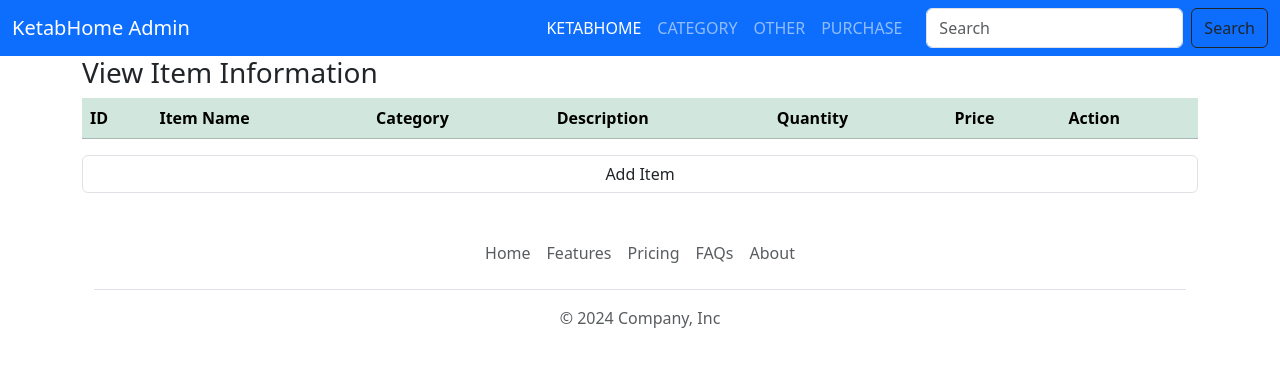
Repository: nyeinsu4520/coursera-test
Page: http://localhost/view_items
The author's editor kept a copy of each file at every save. The page is drawn from the files as they stood at one save, then again after the next save.
The browser window is 1280 px wide. The pictures show the whole page.
Some web fonts or font styles are not loaded; a fallback is used. The page is this project's Thymeleaf template; nobody is signed in. The template is opened directly, without the code that normally fills it, so the values that code supplies are empty.

Above is the page before, as saved 2024-05-31 04:14:25.

After the next save:
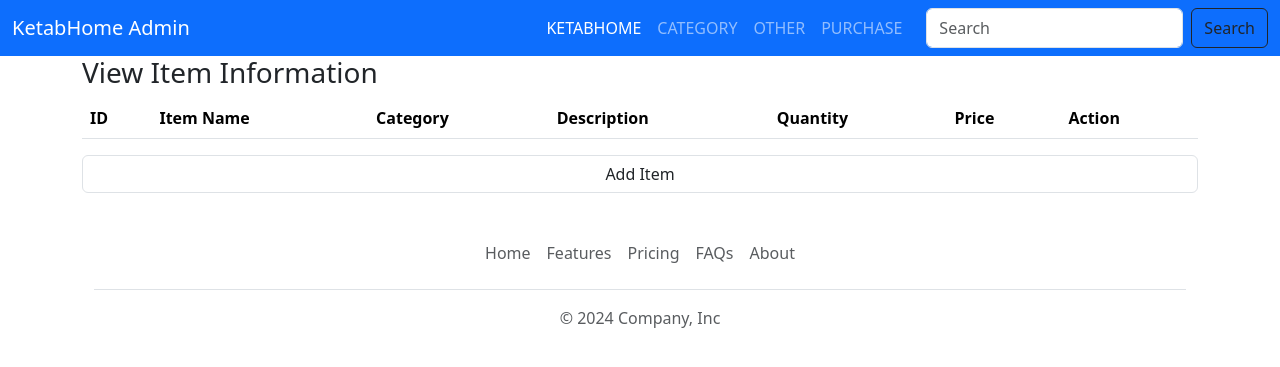
Saved 27 s later.
--- a/KetabHome/src/main/resources/templates/view_items.html
+++ b/KetabHome/src/main/resources/templates/view_items.html
@@ -19,7 +19,7 @@
 
 
 <h3 >View Item Information</h3>
-	<table class="table table-hover table-success">
+	<table class="table table-hover ">
 	<tr>
 		<th>ID</th>
 		<th>Item Name</th>
